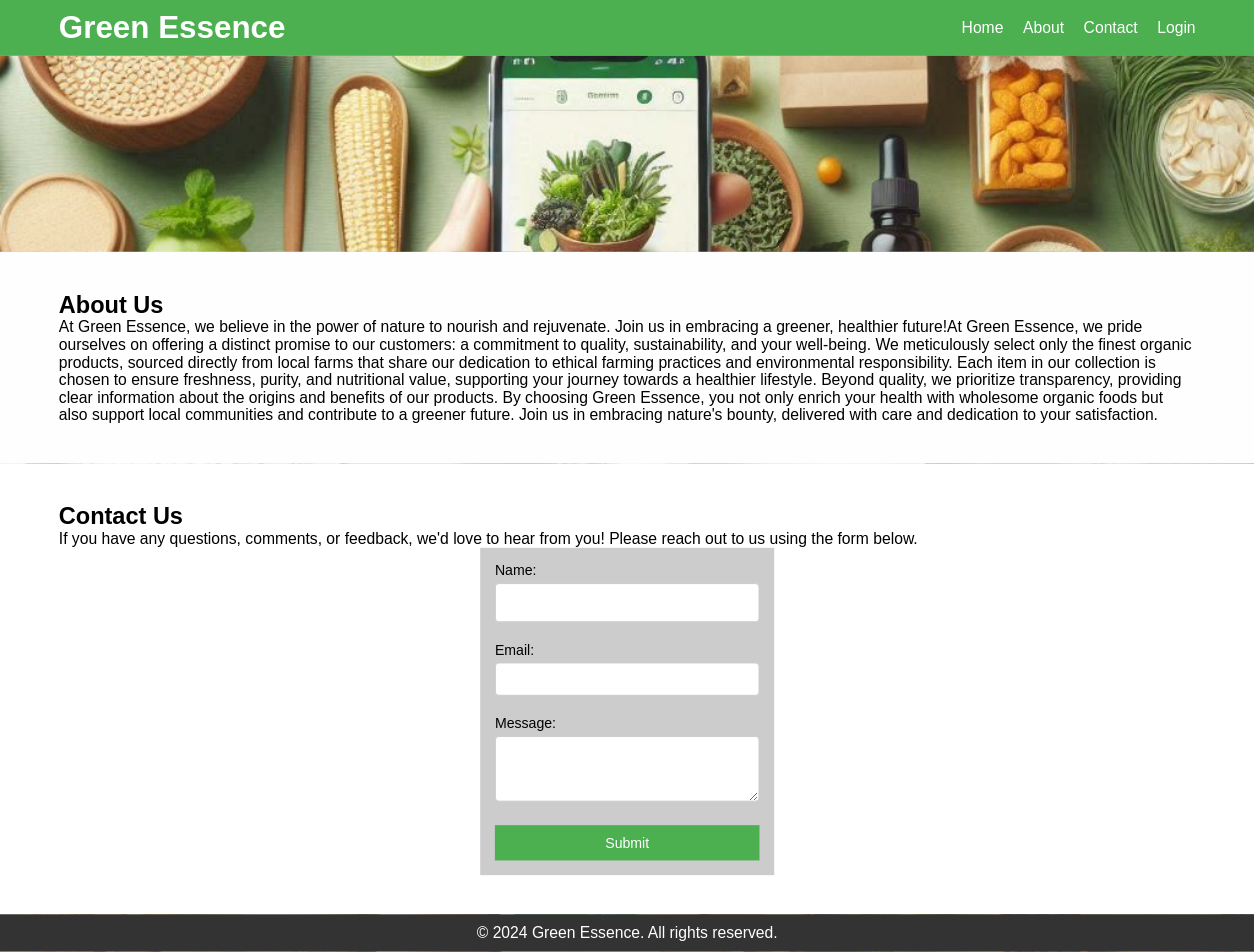
Repository: niki3210/Sahyadri
Page: Projectorganic/index.html
The author's editor kept a copy of each file at every save. The page is drawn from the files as they stood at one save, then again after the next save.
The browser window is 1280 px wide. The pictures show the whole page, at 98% of full size.
Backgrounds fixed to the window are drawn as part of the page.

Above is the page before, as saved 2024-06-21 18:34:42.

### Projectorganic/index.html
<!DOCTYPE html>
<html lang="en">
<head>
    <meta charset="UTF-8">
    <meta name="viewport" content="width=device-width, initial-scale=1.0">
    <title>Green Essence - Organic Food Products</title>
    <link rel="stylesheet" href="styles.css">

</head>
<body>
    <header>
        <div class="container">
            <h1>Green Essence</h1>
            <nav>
                <ul>
                    <li><a href="#home">Home</a></li>
                    <li><a href="#about">About</a></li>
                    <li><a href="#contact">Contact</a></li>
                    <li><a href="login.html">Login</a></li>

                </ul>
            </nav>
        </div>
    </header>

    <section id="home">
        <div class="container">




        </div>
    </section>

    <section id="about">
        <div class="container">
            <h2>About Us</h2>
            <p>At Green Essence, we believe in the power of nature to nourish and rejuvenate. Join us in embracing a greener, healthier
                future!At Green Essence, we pride ourselves on offering a distinct promise to our customers: a commitment to quality,
                sustainability, and your well-being. We meticulously select only the finest organic products, sourced directly from
                local farms that share our dedication to ethical farming practices and environmental responsibility. Each item in
                our collection is chosen to ensure freshness, purity, and nutritional value, supporting your journey towards a
                healthier lifestyle. Beyond quality, we prioritize transparency, providing clear information about the origins and
                benefits of our products. By choosing Green Essence, you not only enrich your health with wholesome organic foods
                but also support local communities and contribute to a greener future. Join us in embracing nature's bounty,
                delivered with care and dedication to your satisfaction.</p>
        </div>
    </section>

    <section id="contact">
        <div class="container">
            <h2>Contact Us</h2>
            <p>If you have any questions, comments, or feedback, we'd love to hear from you! Please reach out to us using the form below.</p>
            <div class="contact-form">
                <form action="/submit_contact" method="POST">
                    <label for="name">Name:</label>
                    <input type="text" id="name" name="name" required>
                    <div class="error" id="name-error"></div>

                    <label for="email">Email:</label>
                    <input type="email" id="contact-email" name="email" required>
                    <div class="error" id="contact-email-error"></div>

                    <label for="message">Message:</label>
                    <textarea id="message" name="message" rows="3" required></textarea>
                    <div class="error" id="message-error"></div>

                    <button type="submit">Submit</button>
                </form>
            </div>
        </div>
    </section>




<footer>
<div class="container">
    <p>&copy; 2024 Green Essence. All rights reserved.</p>
</div>


</body>
</html>

### Projectorganic/styles.css
/* Combined CSS for Home, Login, and Register Pages */

/* Reset default browser styles */
* {
    box-sizing: border-box;
    margin: 0;
    padding: 0;
}

/* Global styles */
body {
    font-family: Arial, sans-serif;
    color: black;
    margin: 0;
    padding: 0;
    box-sizing: border-box;
    min-height: 100vh; /* Ensure body extends to at least the full height of the viewport */
    display: flex;
    flex-direction: column; /* Use flexbox to make sure footer stays at the bottom */
}

/* Header styles */
header {
    background-color: #4CAF50;
    color: white;
    padding: 10px 0;
}

header .container {
    display: flex;
    justify-content: space-between;
    align-items: center;
    max-width: 1200px;
    margin: 0 auto;
    padding: 0 20px;
}

header h1 {
    margin: 0;
}

header nav ul {
    list-style: none;
    margin: 0;
    padding: 0;
    display: flex;
}

header nav ul li {
    margin-left: 20px;
}

header nav ul li a {
    color: white;
    text-decoration: none;
}

header nav ul li a:hover {
    text-decoration: underline;
}

/* Home Page Styles */
#home {
    background-image: url('backgroundhome.jpeg');
    background-size: cover;
    background-repeat: no-repeat;
    background-position: center;
    background-attachment: fixed;
    color: white;
    text-align: center;
    padding: 100px 20px;
}

section {
    padding: 60px 0;
}

.container {
    max-width: 1200px;
    margin: 0 auto;
    padding: 0 20px;
}

/* About Section */
#about {
    background-color: #fffefe;
    padding: 40px 0;
}

/* Contact Form Styles */
#contact {
    background-color: #ffffff;
    padding: 40px 0;
}
.contact-container {max-width: 320px;
    margin: 0 auto;
    padding: 15px;
    background-color: rgb(255, 255, 255);
    border-radius: 3px;
    box-shadow: 0 0 10px rgba(0, 0, 0, 0.1);
    flex: 1; /* Use flex: 1 to push footer to the bottom */
    margin-top: 30px;
    margin-bottom: 60px;
    padding: 20px;
}
form {
    max-width: 300px;
    padding: 15px;
    margin-bottom: 30px;
    margin: 0 auto;
    border-color: #4CAF50;
    background-color: #ccc;
    border-color: #333;
}
label {
    display: block;
    margin-bottom: 5px;
}

input[type="text"],
input[type="email"],
textarea {
    width: 100%;
    padding: 10px;
    margin-bottom: 10px;
    border: 1px solid #ccc;
    border-radius: 4px;
    font-size: 1em;
}

button[type="submit"] {
    background-color: #4CAF50;
    color: white;
    border: none;
    padding: 10px 20px;
    cursor: pointer;

}

button[type="submit"]:hover {
    background-color: #45a049;
}

/* Login/Register Styles */
.login-container,
.register-container {
    max-width: 320px;
    margin: 0 auto;
    padding: 15px;
    background-color: rgb(255, 255, 255);
    border-radius: 3px;
    box-shadow: 0 0 10px rgba(0, 0, 0, 0.1);
    flex: 1; /* Use flex: 1 to push footer to the bottom */
    margin-top: 30px;
    margin-bottom: 60px;
    padding: 20px;
}

body {
    font-family: Arial, sans-serif;
    background-image: url('backgroundhome.jpeg');
    background-size: cover;
    color: black;
}

.login-form, .register-form {
    padding: 15px;
    margin-bottom: 30px;
}

.login-form h2, .register-form h2 {
    text-align: center;
    margin-bottom: 15px;
    font-size: 1.5em;
}

label {
    display: block;
    margin-bottom: 5px;
    font-size: 0.9em;
}

input[type="email"],
input[type="password"] {
    width: 100%;
    padding: 8px;
    margin-bottom: 10px;
    border: 1px solid #ccc;
    border-radius: 4px;
    font-size: 0.9em;
}

.error {
    color: red;
    font-size: 0.8em;
    margin-bottom: 10px;
}

button {
    background-color: #4CAF50;
    color: white;
    border: none;
    padding: 8px 15px;
    cursor: pointer;
    transition: background-color 0.3s ease;
    width: 100%;
    font-size: 0.9em;
}

button:hover {
    background-color: #45a049;
}

/* Footer Styles */
footer {
    background-color: #333;
    color: white;
    text-align: center;
    padding: 10px 0;
    width: 100%;

}

footer a {
    color: white;
    margin: 0 10px;
    text-decoration: none;
}

footer a:hover {
    text-decoration: underline;
}

/* Pop-up Styles */
.popup {
    display: none;
    position: fixed;
    top: 20px; /* Position the pop-up near the top of the page */
    left: 50%;
    transform: translateX(-50%);
    background-color: white;
    box-shadow: 0 0 10px rgba(0, 0, 0, 0.1);
    border-radius: 8px;
    z-index: 1000;
    width: 90%; /* Make it full width with some margin */
    max-width: 320px;
    padding: 10px 20px;
}

.popup-content {
    text-align: center;
}

.popup .close {
    position: absolute;
    top: 10px;
    right: 10px;
    cursor: pointer;
    font-size: 1.5em;
}

/* Dashboard Styles */
/* Dashboard Styles */
.dashboard-main {
    flex: 1;
    padding: 20px;
}

.dashboard-section {
    background-color: #ffffff;
    padding: 20px;
    margin-bottom: 20px;
    box-shadow: 0 0 10px rgba(0, 0, 0, 0.1);
    border-radius: 8px;
    transition: transform 0.3s ease, box-shadow 0.3s ease;
}

.dashboard-section:hover {
    transform: translateY(-5px); /* Lift section on hover */
    box-shadow: 0 5px 15px rgba(0, 0, 0, 0.2); /* Add a subtle lift effect */
}

.dashboard-section h2 {
    margin-bottom: 10px;
    color: #4CAF50;
}

.sales-table {
    overflow-x: auto;
    animation: slideIn 0.5s ease; /* Slide in animation for the table */
}

.sales-table table {
    width: 100%;
    border-collapse: collapse;
}

.sales-table th, .sales-table td {
    border: 1px solid #6dfb07;
    padding: 12px; /* Increase padding for better readability */
    text-align: left;
}

.sales-table th {
    background-color: #d1f3d0d0;
    color: #4CAF50; /* Green theme color for table headers */
    text-transform: uppercase;
}

.sales-table tr:nth-child(even) {
    background-color: #f9f9f9;
}

.sales-table tr:hover {
    background-color: #f2f2f2;
}

After the next save:
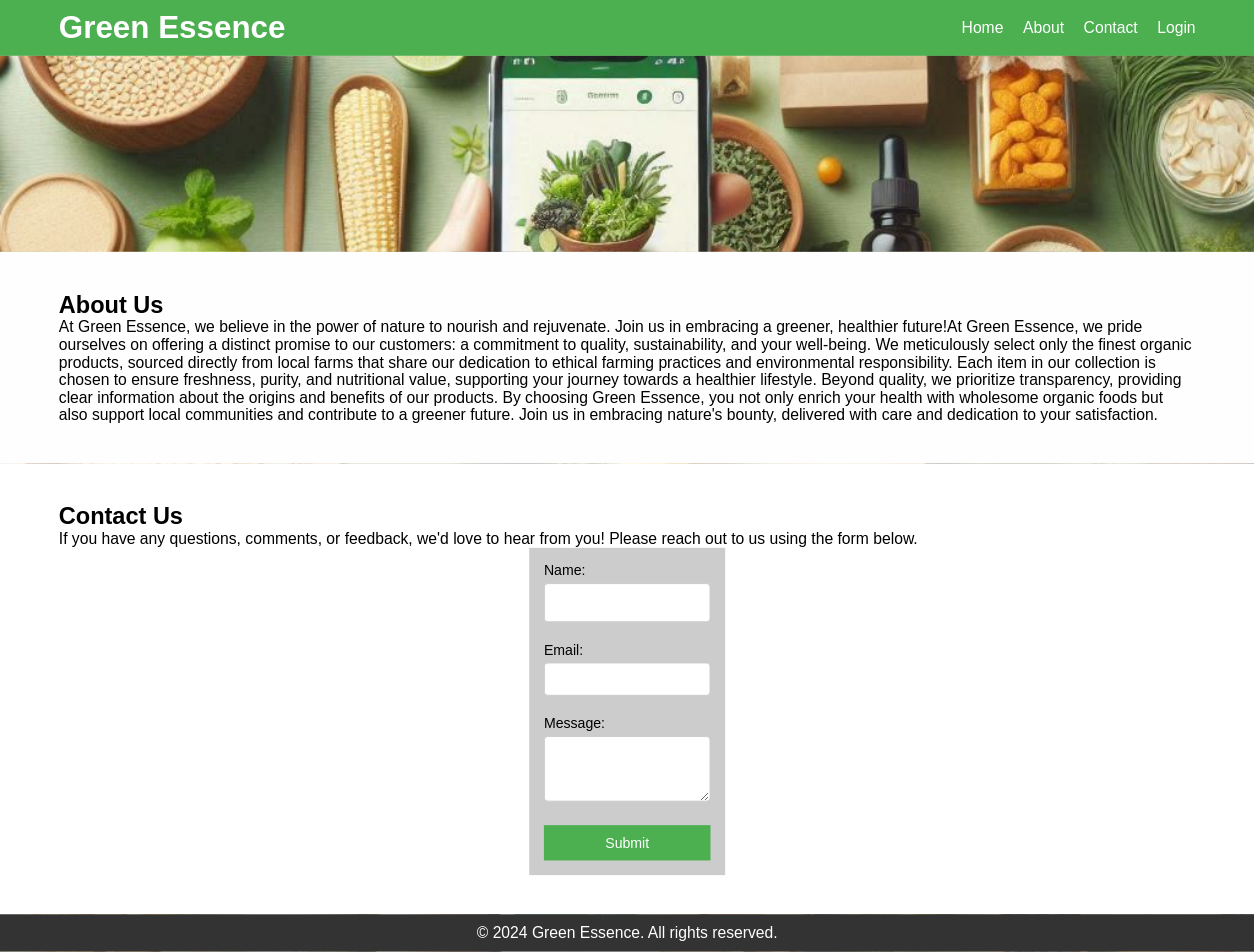
Saved 16 s later.
--- a/Projectorganic/styles.css
+++ b/Projectorganic/styles.css
@@ -104,7 +104,7 @@
     padding: 20px;
 }
 form {
-    max-width: 300px;
+    max-width: 200px;
     padding: 15px;
     margin-bottom: 30px;
     margin: 0 auto;

After the save that followed:
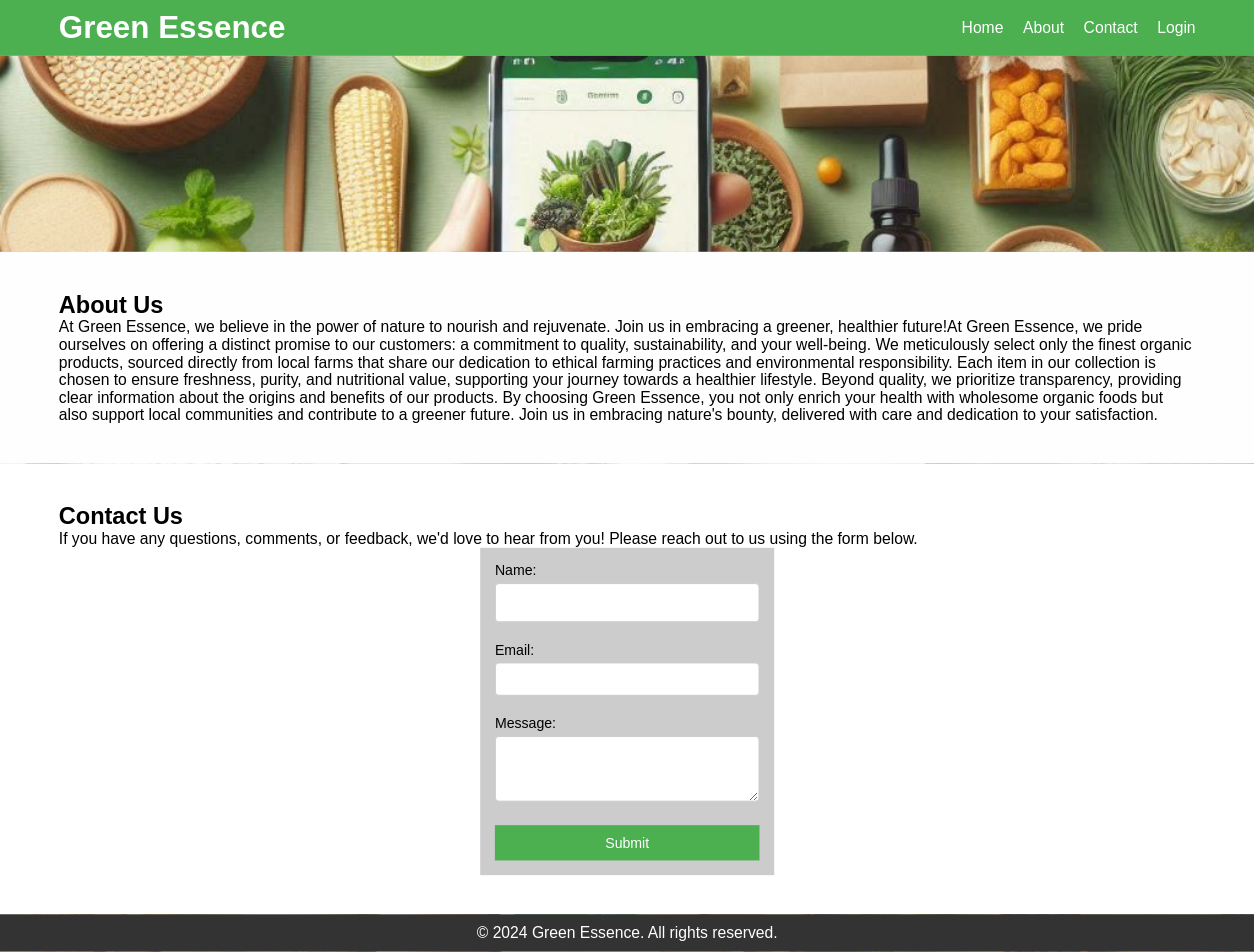
Saved 5 s later.
--- a/Projectorganic/styles.css
+++ b/Projectorganic/styles.css
@@ -104,7 +104,7 @@
     padding: 20px;
 }
 form {
-    max-width: 200px;
+    max-width: 300px;
     padding: 15px;
     margin-bottom: 30px;
     margin: 0 auto;
